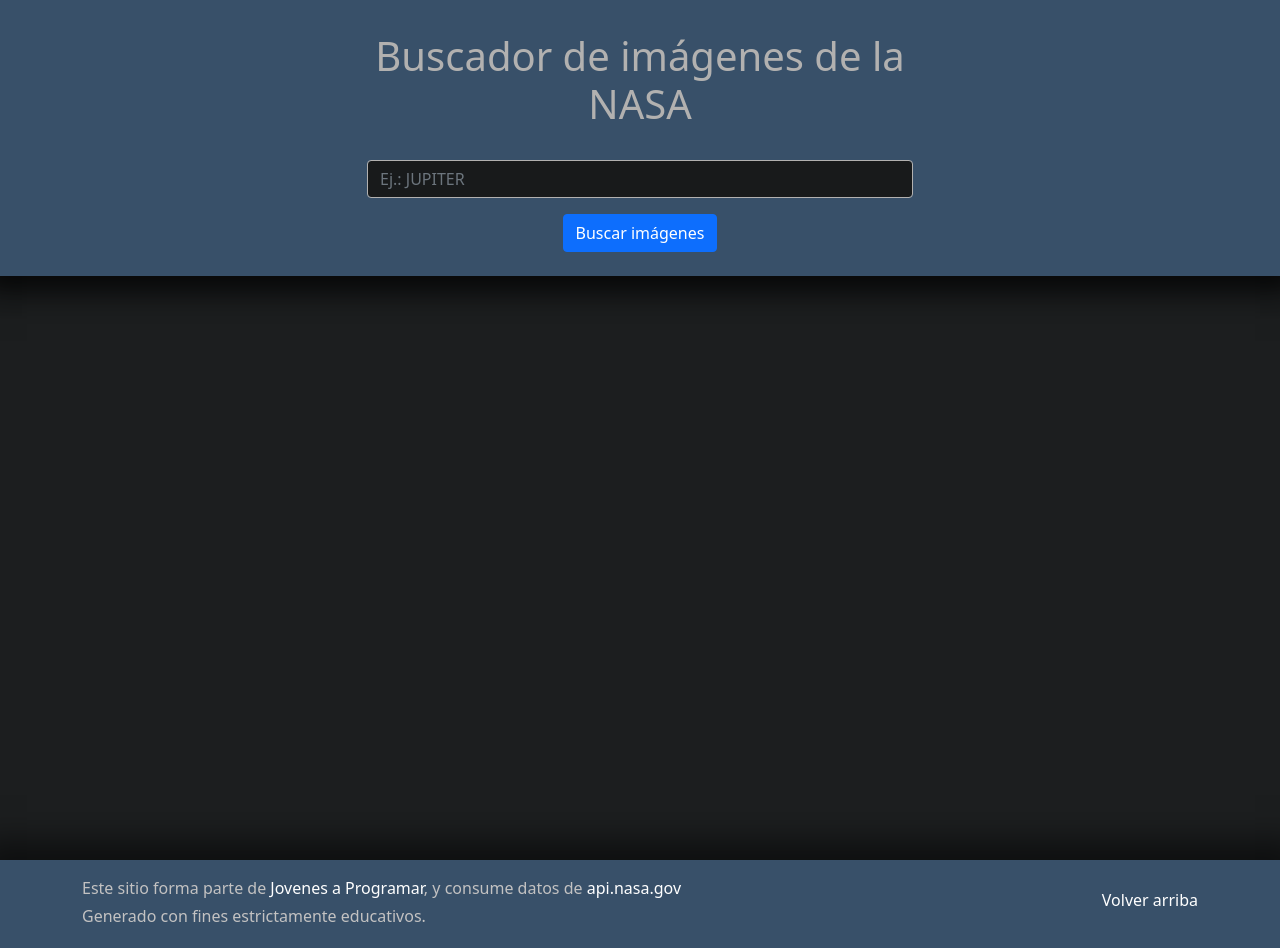
Repository: romancegirl/galaxies
Page: index.html
The author's editor kept a copy of each file at every save. The page is drawn from the files as they stood at one save, then again after a run of saves.
The browser window is 1280 px wide. The pictures show the whole page.

Above is the page before, as saved 2024-11-30 04:55:44.

After the next 2 saves:
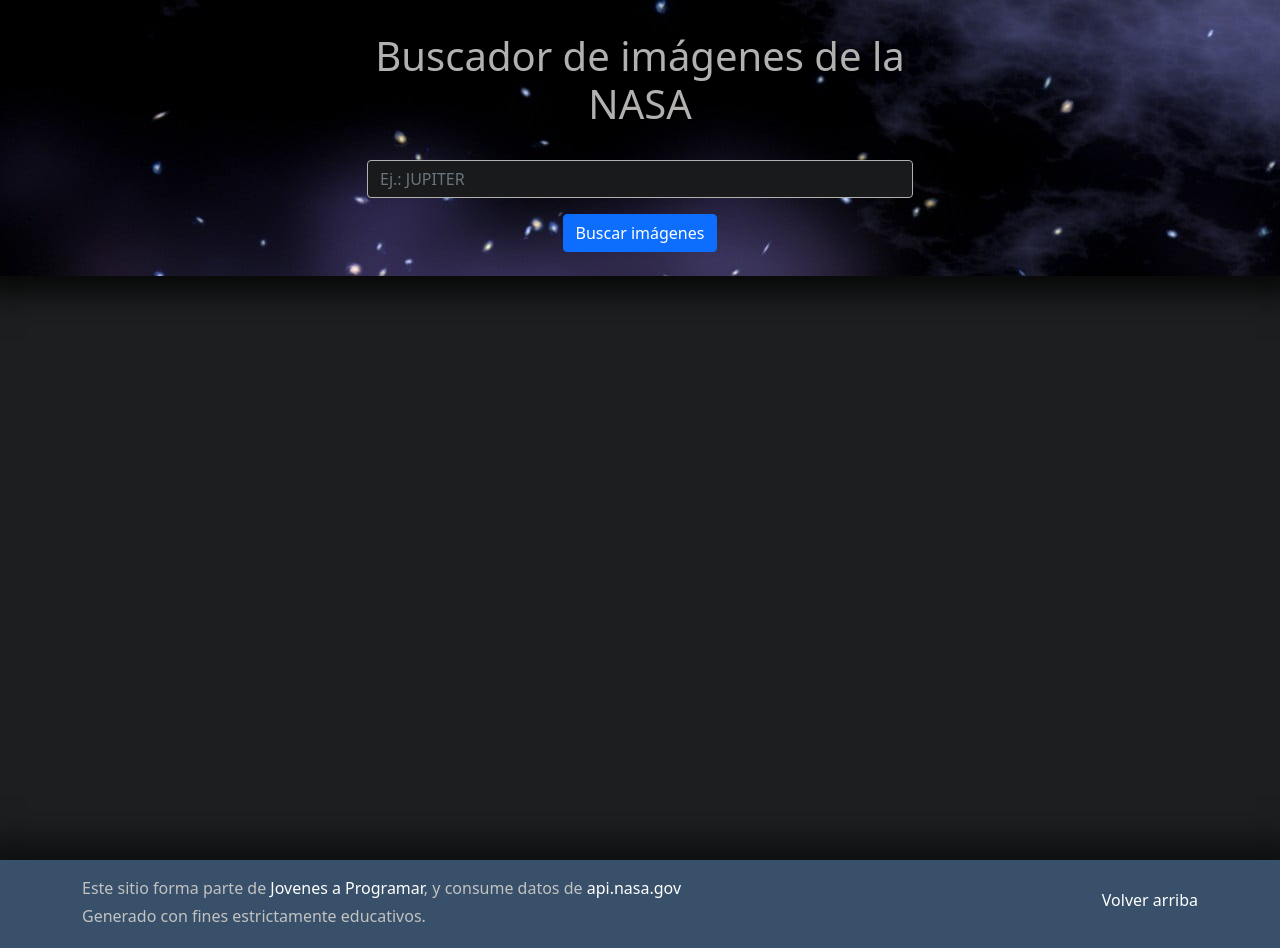
The 2 saves are shown as one change because they came seconds apart.
The last was saved 2 min 42 s later.
--- a/css/style.css
+++ b/css/style.css
@@ -1,5 +1,5 @@
 header {
-    background-color: #6caaed5b;
+    background-image: url(/img/header.png);
     bottom: 0;
     width: 100%;
     box-shadow: 0 0 30px 20px rgba(0, 0, 0, 0.5);
